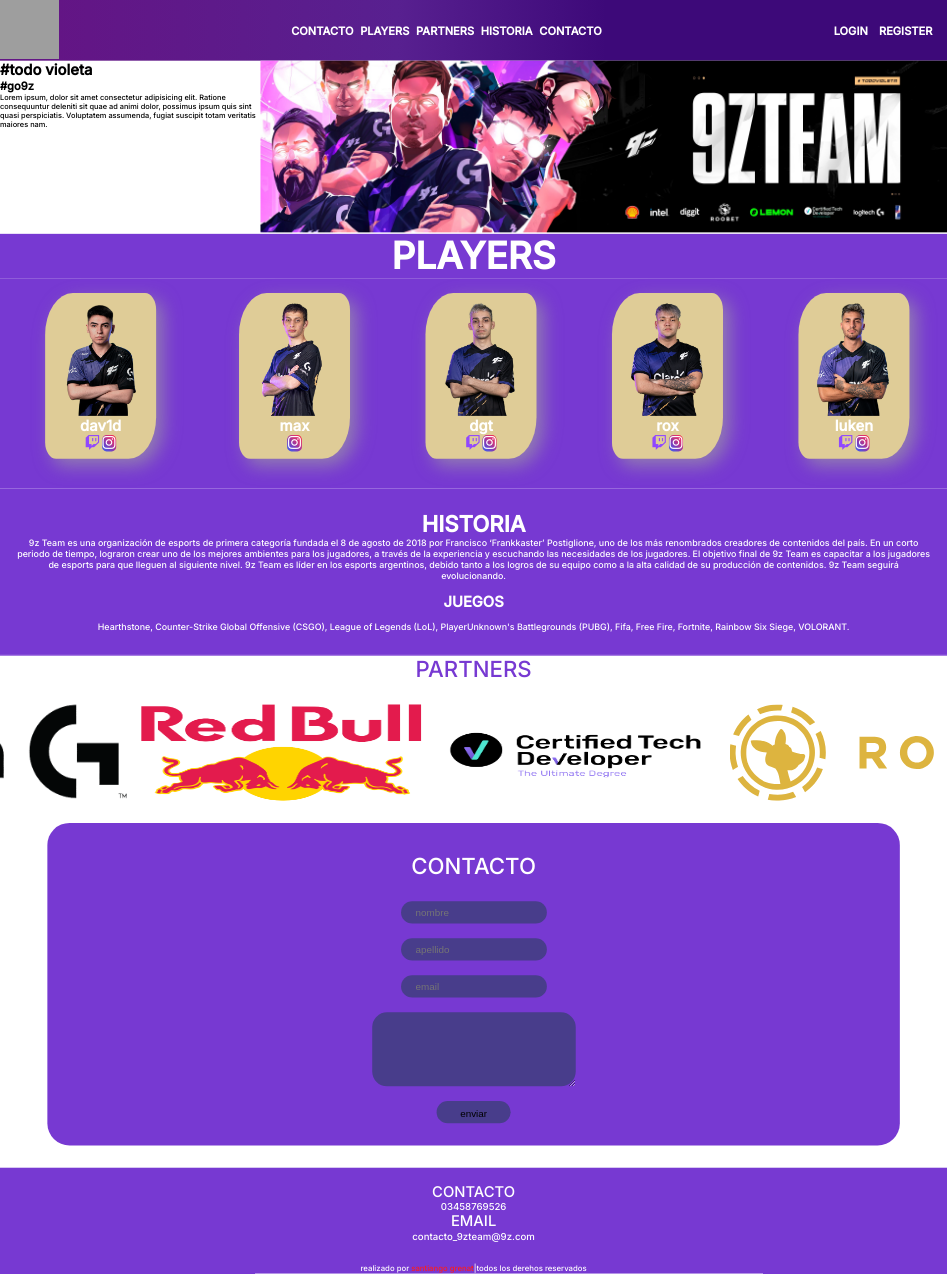
Repository: santig20/trabajo-practico-integrador-nuncba-html-css-
Page: index.html
These files come from the project's save history. The page is drawn as it stood at one moment and after the next save; the edit follows.
The browser window is 1280 px wide. The pictures show the whole page, at 74% of full size.
Pictures or frames that could not be fetched are drawn as grey boxes. Some web libraries are served in a nearby version.

Above is the page before, as saved 2022-06-25 09:32:40.

After the next save:
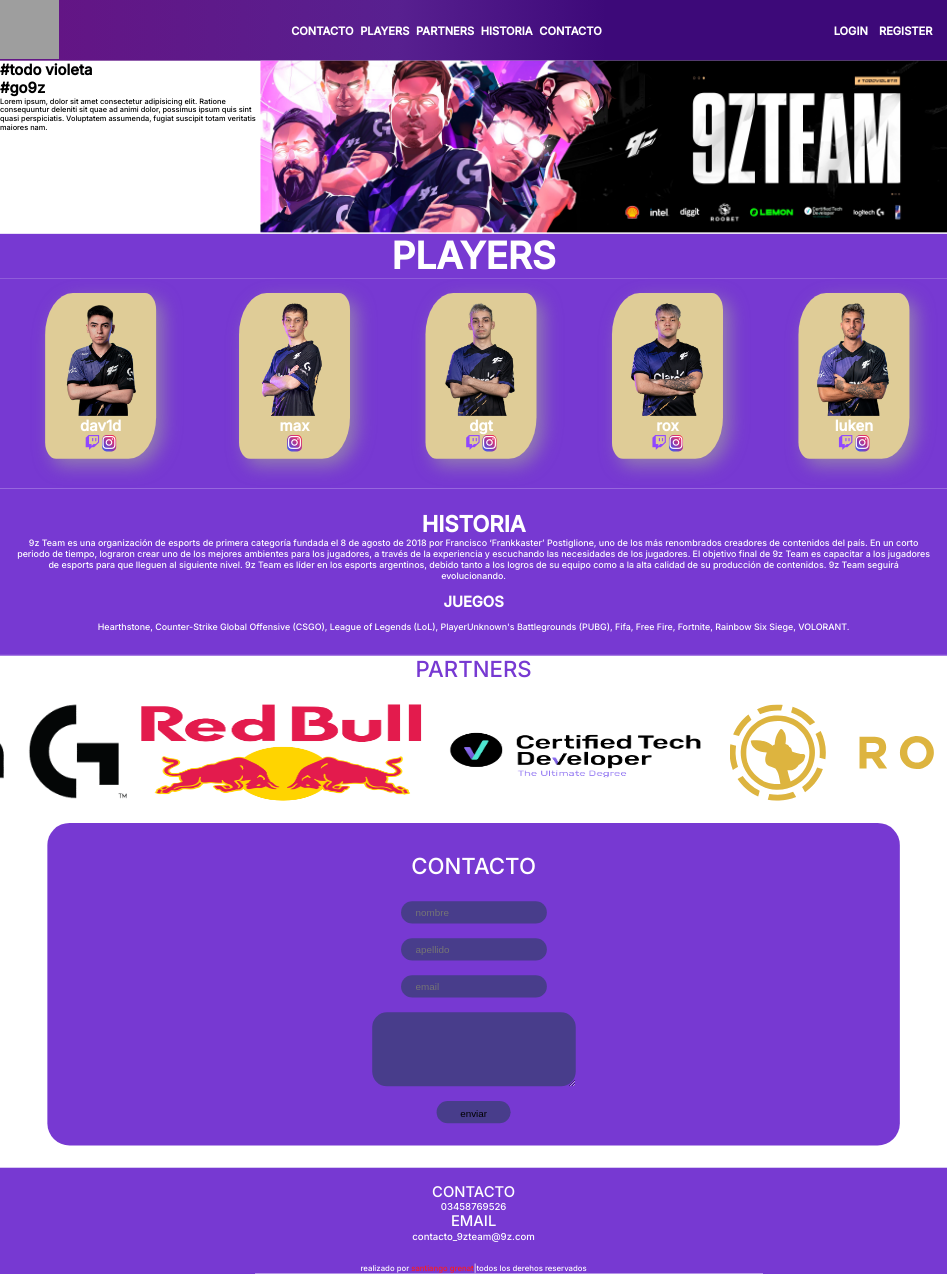
Saved 6 s later.
--- a/desktop.css
+++ b/desktop.css
@@ -24,5 +24,5 @@
     }
 
     .texto_hero h2 {
-
+        font-size: 2rem
     }
